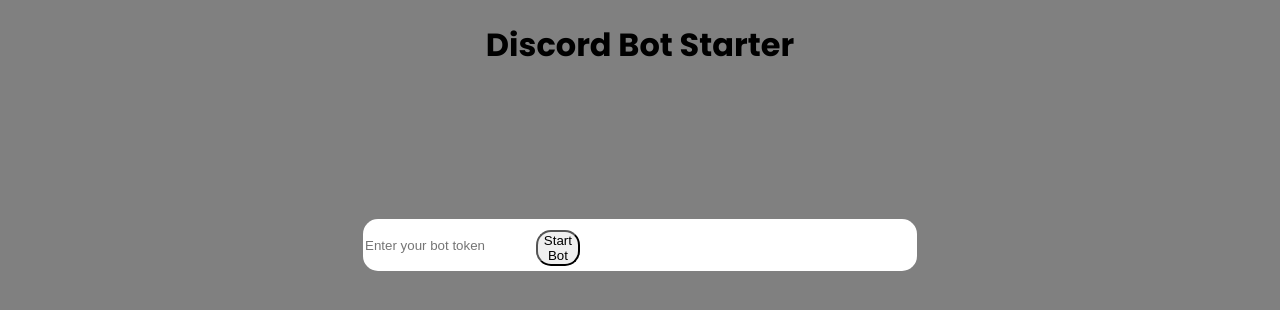
Repository: ranger2202/discord-bot-panel
Page: ranger-bot-runner/app/templates/landing.html
These files come from the project's save history. The page is drawn as it stood at one moment and after the next save; the edit follows.
The browser window is 1280 px wide. The pictures show the whole page.

Above is the page before, as saved 2023-12-30 12:01:31.

After the next save:
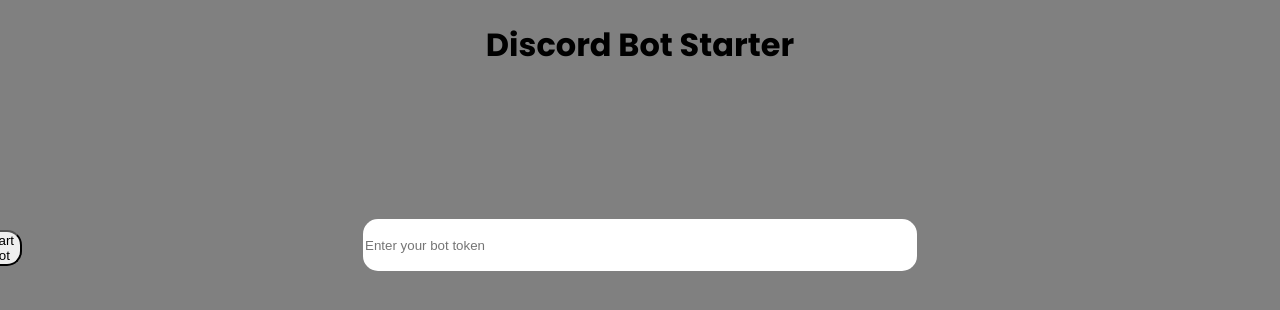
Saved 3 min 21 s later.
--- a/ranger-bot-runner/app/static/landing.css
+++ b/ranger-bot-runner/app/static/landing.css
@@ -9,7 +9,6 @@
     display: flex;
     justify-content: center;
     position: absolute;
-    right: 350px;
     top: 115px;
 }
 .start-button button{
